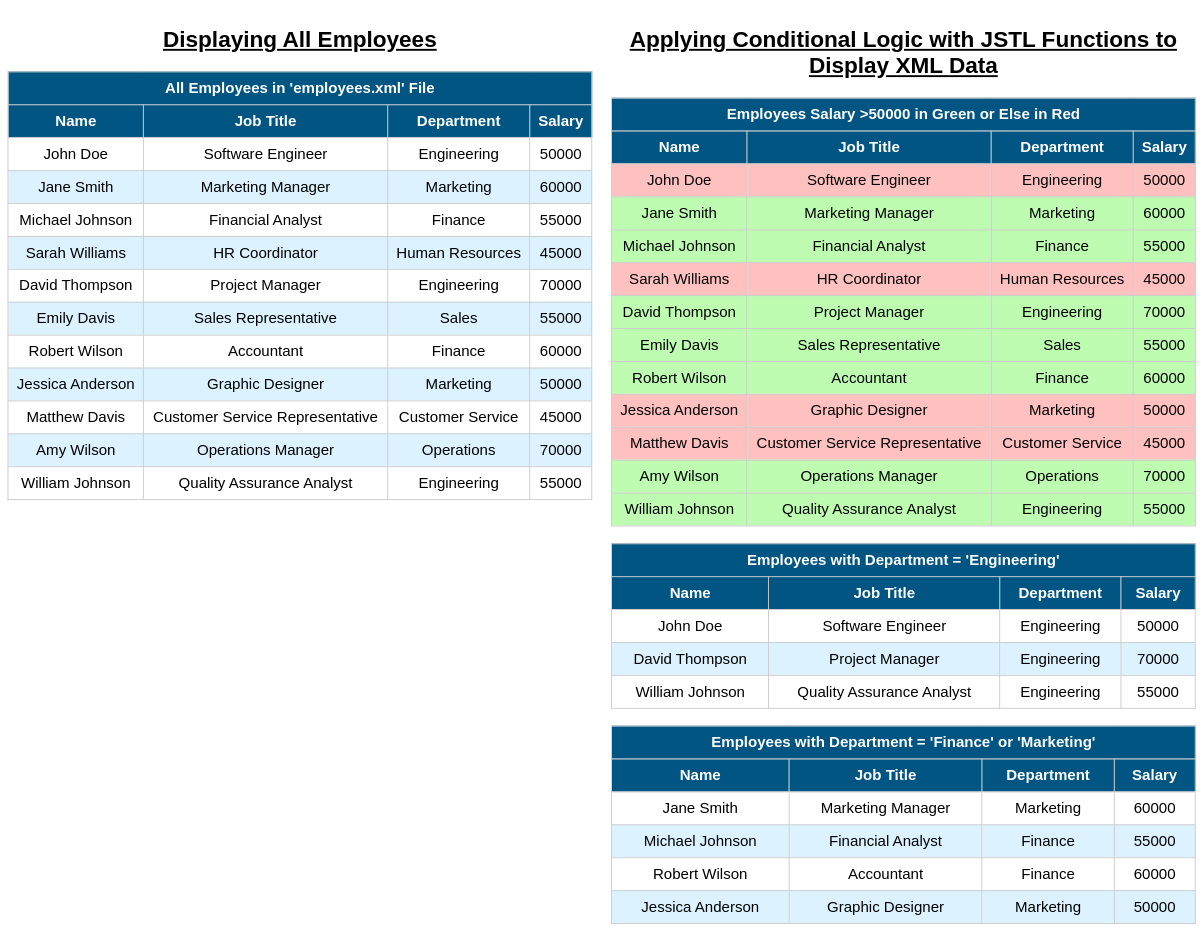
Repository: bkyncl/csd-430
Page: http://localhost/kyncl_mod9/
These files come from the project's save history. The page is drawn as it stood at one moment and after the next save; the edit follows.
The browser window is 1280 px wide. The pictures show the whole page, at 94% of full size.
The page is served by Tomcat 9.

Above is the page before, as saved 2023-07-05 06:58:45.

After the next save:
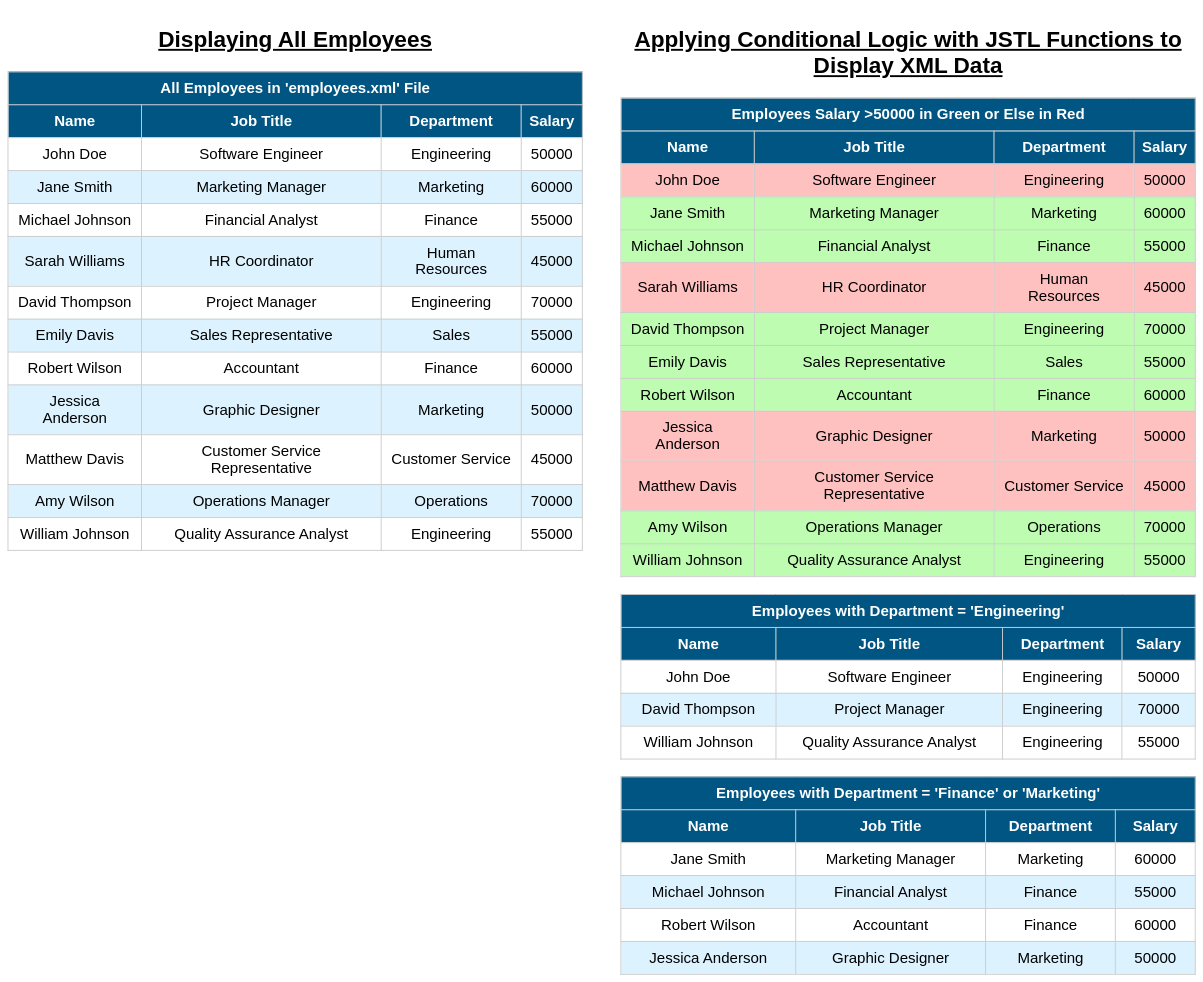
Saved 48 s later.
--- a/kyncl_mod9/src/main/webapp/styles.css
+++ b/kyncl_mod9/src/main/webapp/styles.css
@@ -7,11 +7,12 @@ body {
 	flex-wrap: wrap;
 }
 .left {
-  flex: 1 1 35%;
+  flex: 1 1 40%;
   padding-right: 20px;
 }
 .right {
-  flex: 1 1 35%;
+  flex: 1 1 40%;
+  padding-left: 20px;
 }
 h2 {
 	text-decoration: underline;
